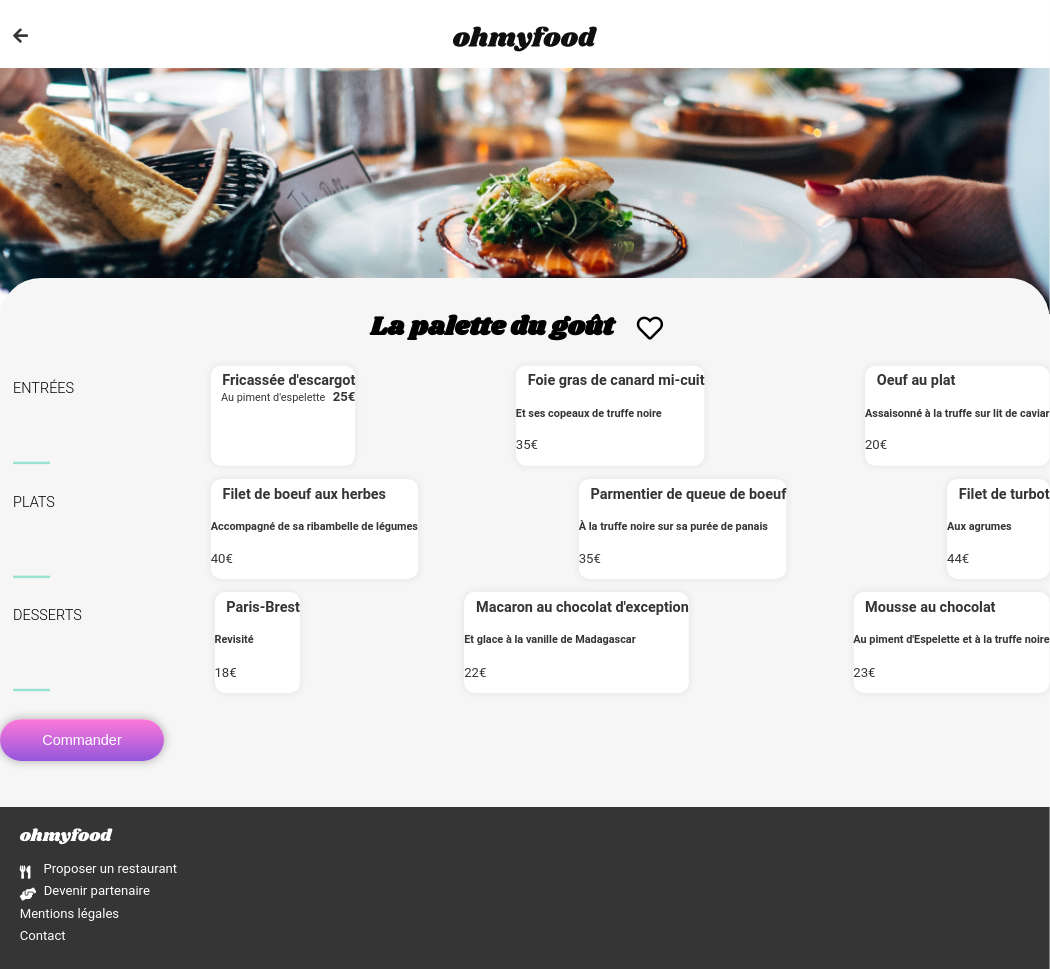
Repository: AlexisTisserand/AlexisTisserand_3_24112020
Page: menu-la-palette-du-gout.html
An editor plug-in stored every save of this project. The page is shown before and after the next save, followed by the edit.
The browser window is 1280 px wide. The pictures show the whole page, at 82% of full size.
Some web libraries are served in a nearby version. The style sheet was rebuilt from its Sass, Less or Tailwind sources for each picture, by a compiler version that may differ from the author's.

Above is the page before, as saved 2020-12-03 14:24:32.

After the next save:
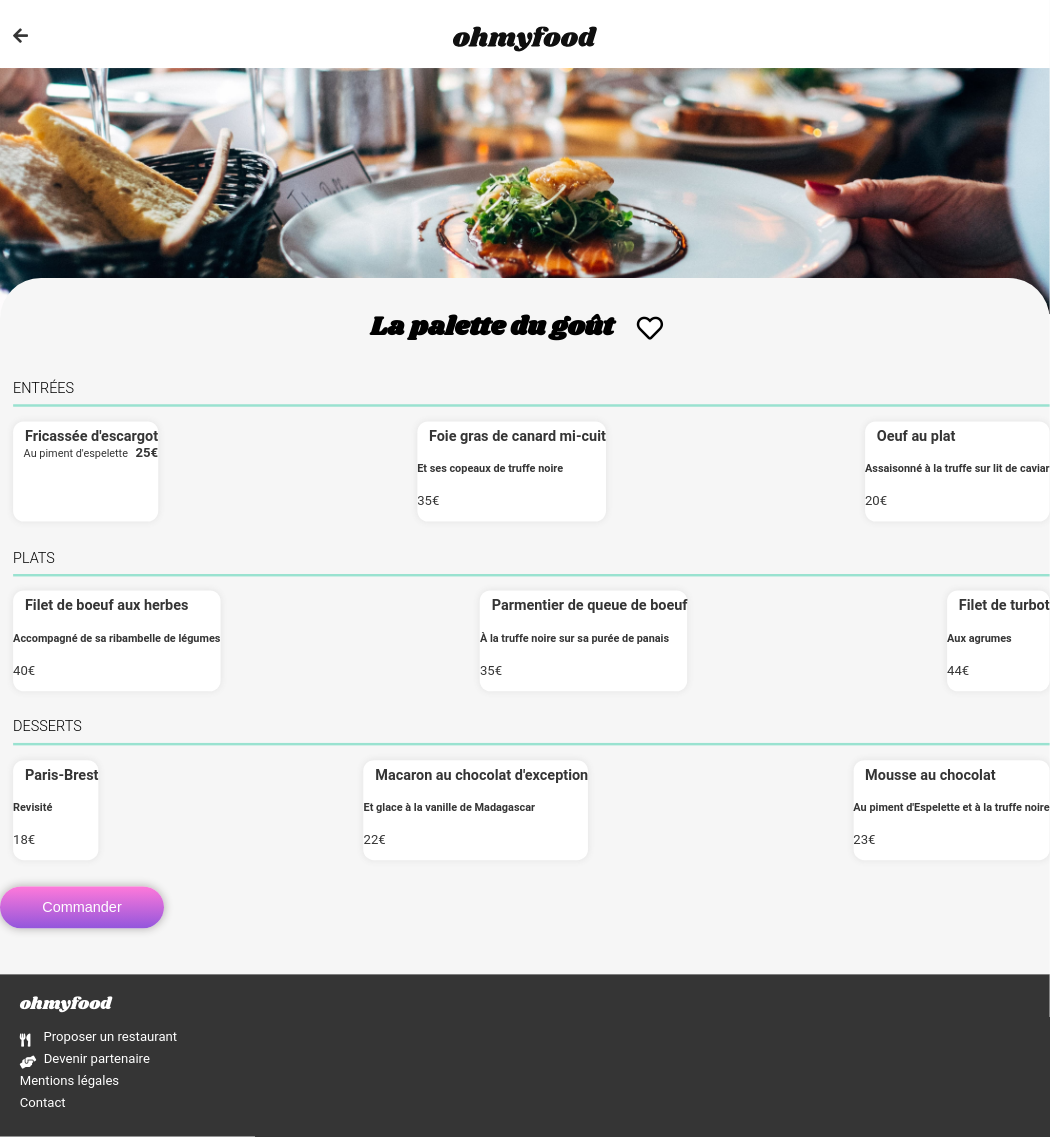
Saved 45 s later.
--- a/sass/style.scss
+++ b/sass/style.scss
@@ -436,7 +436,7 @@
         font-size: $size + 0.1rem;
         margin-left: $size;
         border-bottom: $tertiary 3px solid;
-        width: 45px;
+        width: 100%;
         padding-bottom: 10px;
     }
     &--plats{

After the save that followed:
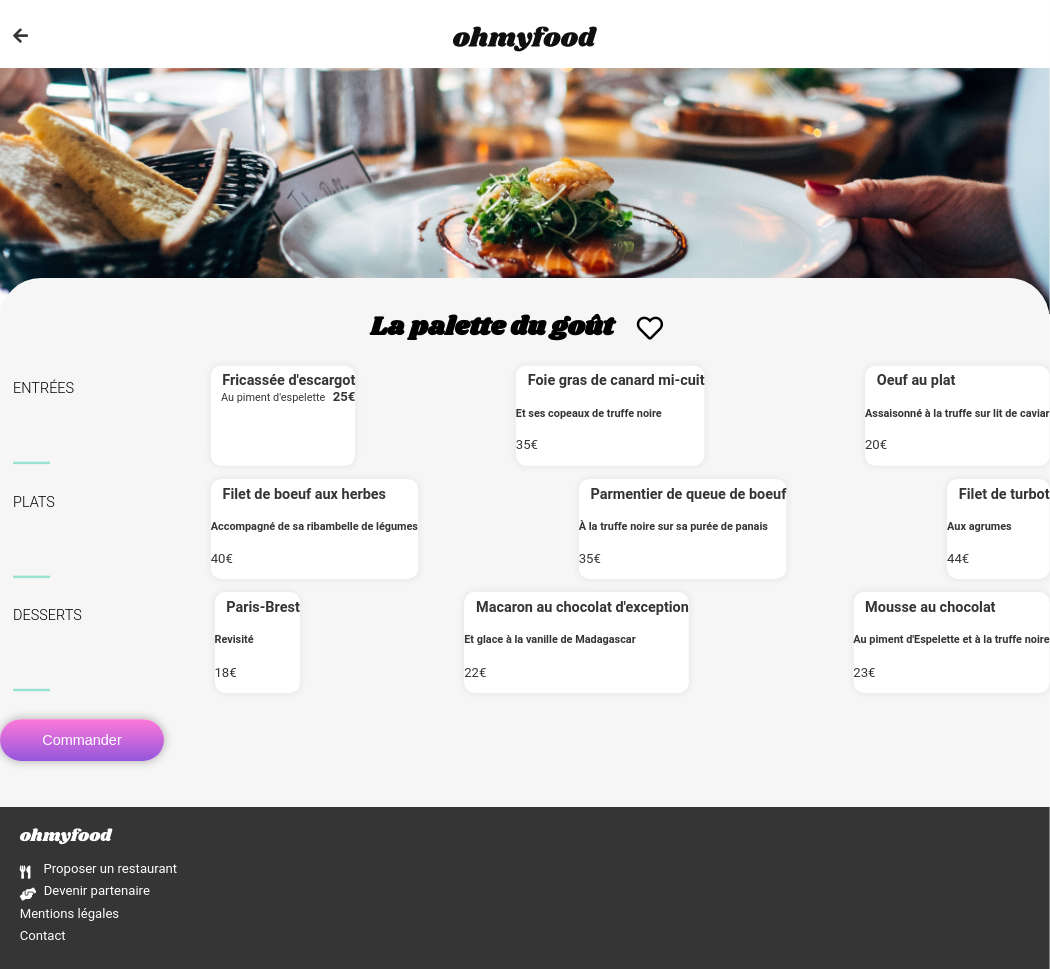
Saved 31 s later.
--- a/sass/style.scss
+++ b/sass/style.scss
@@ -436,7 +436,7 @@
         font-size: $size + 0.1rem;
         margin-left: $size;
         border-bottom: $tertiary 3px solid;
-        width: 100%;
+        width: 45px;
         padding-bottom: 10px;
     }
     &--plats{
